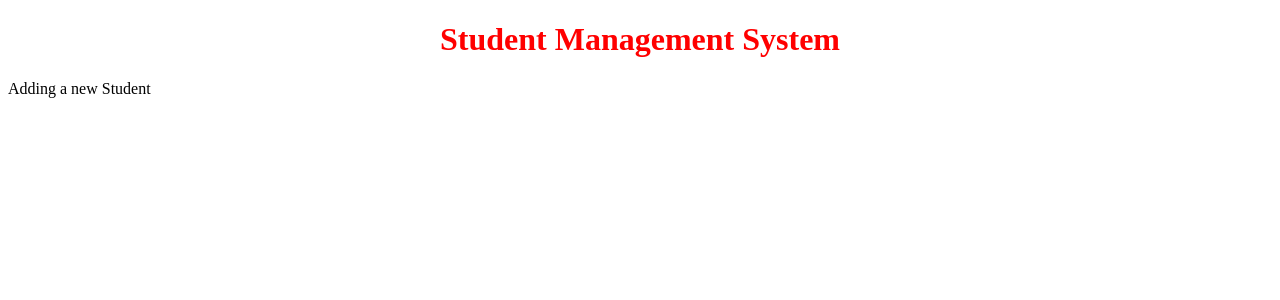
Repository: Aviligonda/Servlet_Programs
Page: http://localhost/StudentManagementSystem/addStudent.jsp
An editor plug-in stored every save of this project. The page is shown before and after the next save, followed by the edit.
The browser window is 1280 px wide. The pictures show the whole page.
The page is served by Tomcat 9.

Above is the page before, as saved 2024-11-25 12:39:38.

### StudentManagementSystem/src/main/webapp/addStudent.jsp
<%@page import="java.sql.PreparedStatement"%>
<%@page import="java.sql.DriverManager"%>
<%@page import="java.sql.Connection"%>
<%@ page language="java" contentType="text/html; charset=UTF-8"
	pageEncoding="UTF-8"%>
	<%@ include file="header.jsp" %>
	<%@ include file="db.jsp" %>
<!DOCTYPE html>
<html>
<head>
<meta charset="UTF-8">
<title>Add</title>
</head>
<body>
	<%

	String id = request.getParameter("id");
	String name = request.getParameter("name");
	String branch = request.getParameter("branch");
	String contactNumber = request.getParameter("contact");
	PreparedStatement pStatement=connection.prepareStatement("insert into sms values(?,?,?,?)");
	pStatement.setString(1, id);
	pStatement.setString(2, name);
	pStatement.setString(3, branch);
	pStatement.setString(4, contactNumber);
	pStatement.execute();
	out.println("Adding a new Student");


	%>
</body>
</html>

### StudentManagementSystem/src/main/webapp/header.jsp
<%@ page language="java" contentType="text/html; charset=UTF-8"
    pageEncoding="UTF-8"%>
<!DOCTYPE html>
<html>
<head>
<meta charset="UTF-8">
<title>Insert title here</title>
</head>
<body>

<h1 style="color:red;text-align:center "> <b>Student Management System</b></h1>


</body>
</html>

### StudentManagementSystem/src/main/webapp/db.jsp
<%@page import="java.sql.DriverManager"%>
<%@page import="java.sql.Connection"%>
<%@ page language="java" contentType="text/html; charset=UTF-8"
    pageEncoding="UTF-8"%>
<!DOCTYPE html>
<html>
<head>
<meta charset="UTF-8">
<title>Insert title here</title>
</head>
<body>
<%
Class.forName("com.mysql.jdbc.Driver");
Connection connection = DriverManager.getConnection("jdbc:mysql://localhost:3306/logindb","root","123");
%>

</body>
</html>

After the next save:
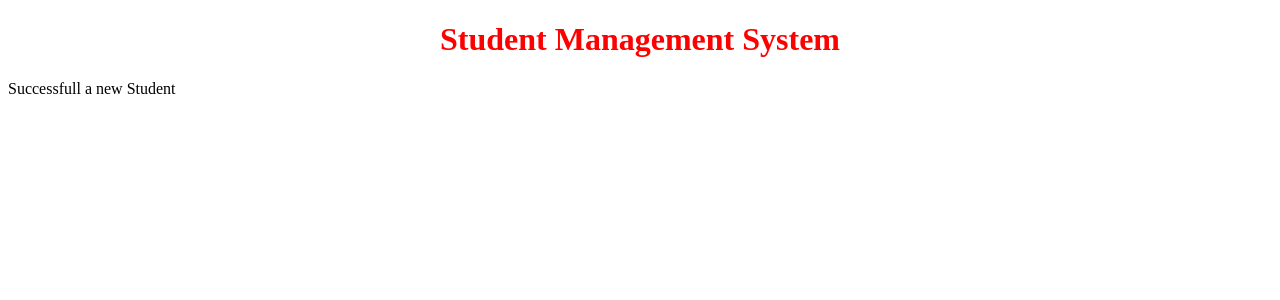
Saved 9 s later.
--- a/StudentManagementSystem/src/main/webapp/addStudent.jsp
+++ b/StudentManagementSystem/src/main/webapp/addStudent.jsp
@@ -24,7 +24,7 @@
 	pStatement.setString(3, branch);
 	pStatement.setString(4, contactNumber);
 	pStatement.execute();
-	out.println("Adding a new Student");
+	out.println("Successfull a new Student");
 
 
 	%>
